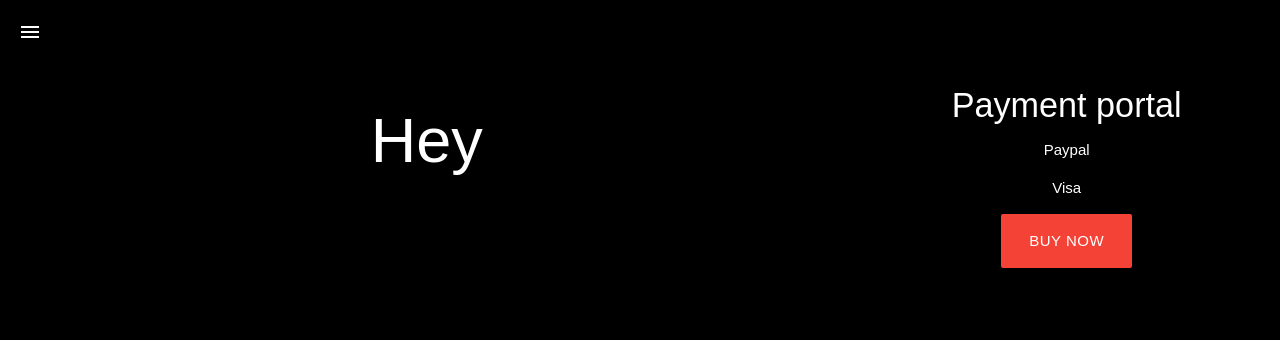
Repository: Ajtheult/final-project
Page: /cart
An editor plug-in stored every save of this project. The page is shown before and after the next save, followed by the edit.
The browser window is 1280 px wide. The pictures show the whole page.
Some web fonts or font styles are not loaded; a fallback is used. Some web libraries are served in a nearby version. The project was rebuilt for these pictures with package versions that can differ from the ones it lists, and the page was loaded fresh each time. Also part of the build but not shown: src/layout/pages/LandingPage.js, src/layout/pages/About.js, src/layout/pages/catalogue/Keys.js, src/layout/pages/catalogue/String.js, src/layout/pages/catalogue/Woodwind.js, src/layout/pages/catalogue/Percussion.js, src/layout/pages/login/Login.js, src/layout/pages/login/NewSignUp.js.

Above is the page before, as saved 2020-07-23 10:38:35.

After the next save:
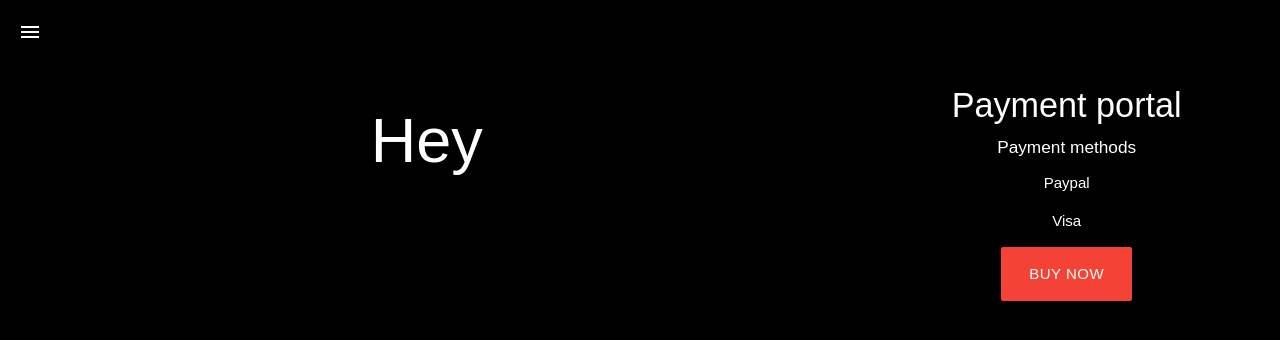
Saved 25 s later.
--- a/src/layout/pages/Cart.js
+++ b/src/layout/pages/Cart.js
@@ -11,6 +11,7 @@ const Cart = () => {
 
         <div class="col s4">
           <h4>Payment portal</h4>
+          <h6>Payment methods</h6>
           <p className="">Paypal</p>
           <p className="">Visa</p>
           <a class="waves-effect waves-light btn-large red" href="#h">
